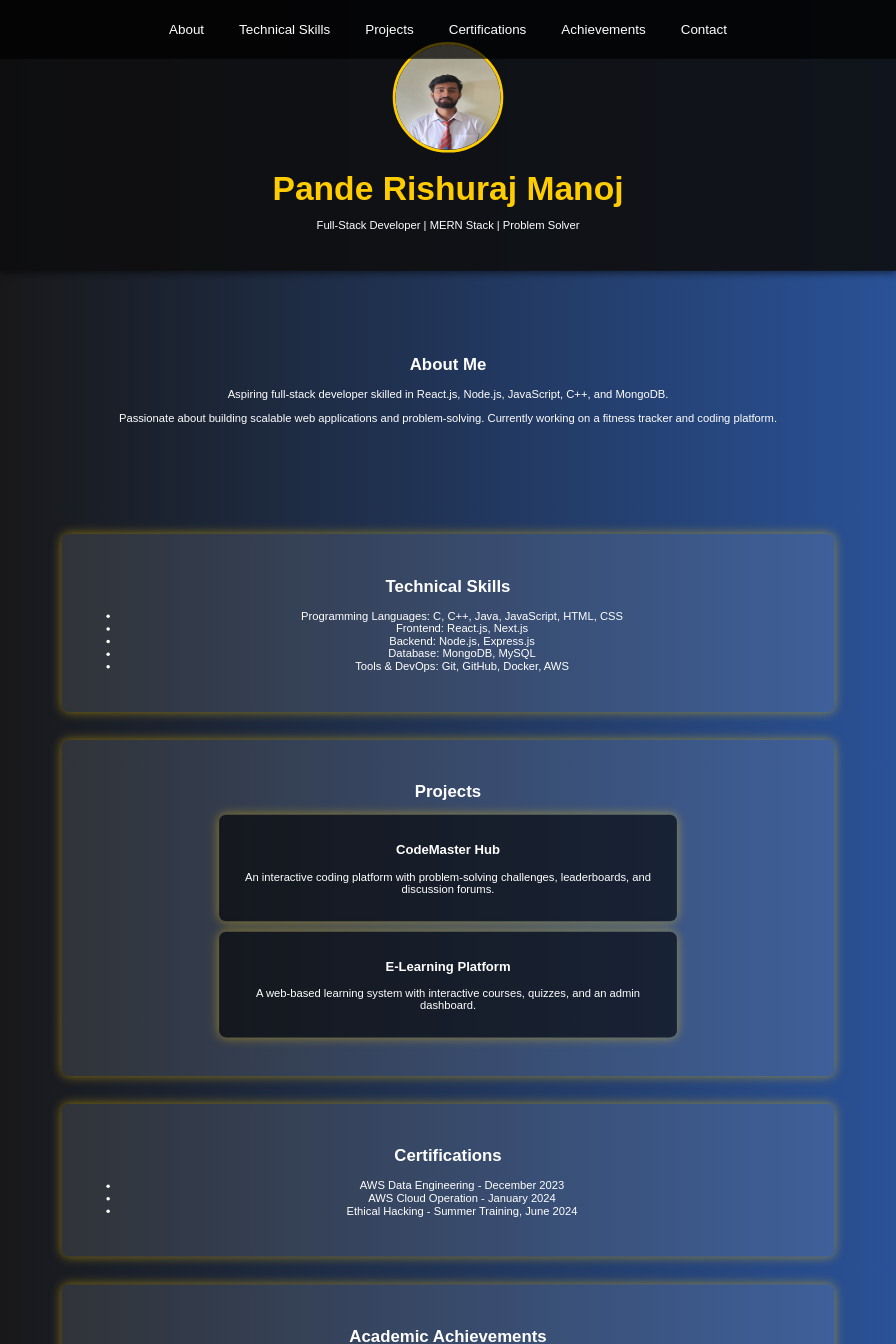
Repository: Rishuraj-Pandey/portfolio
Page: index.html
An editor plug-in stored every save of this project. The page is shown before and after a run of saves, followed by the edit.
The browser window is 1280 px wide. The pictures show the part of the page from y = 0 to 1920 px (the page is 2791 px tall), at 70% of full size.

Above is the page before, as saved 2025-03-22 01:12:55.

After the next 2 saves:
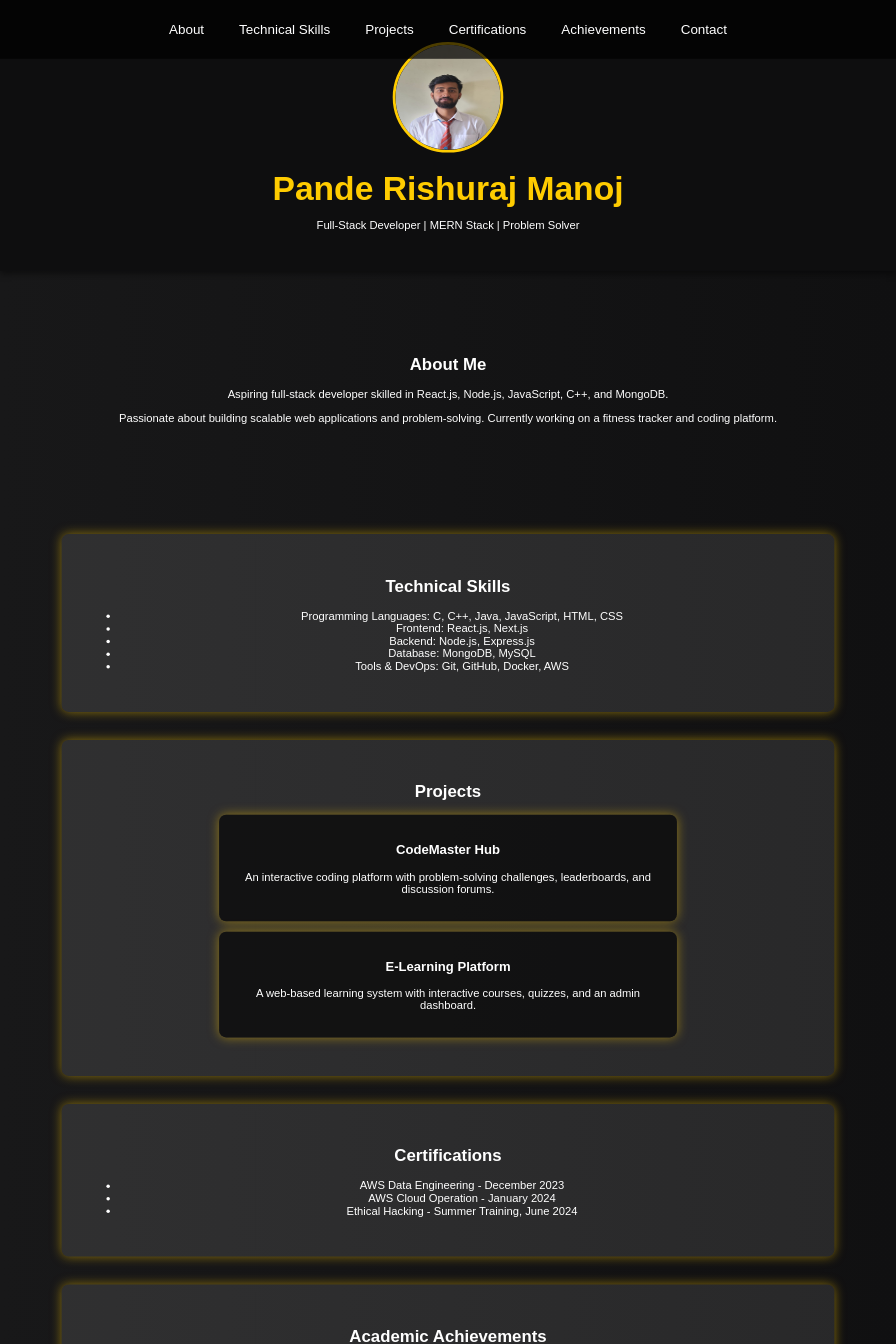
The 2 saves are shown as one change because they came seconds apart.
The last was saved 29 s later.
--- a/style.css
+++ b/style.css
@@ -2,7 +2,7 @@ body {
     font-family: 'Poppins', sans-serif;
     margin: 0;
     padding: 0;
-    background: linear-gradient(to right, #181819, #2a5298);
+    background: linear-gradient(to right, #181819, #101011);
     color: white;
     text-align: center;
     scroll-behavior: smooth;
